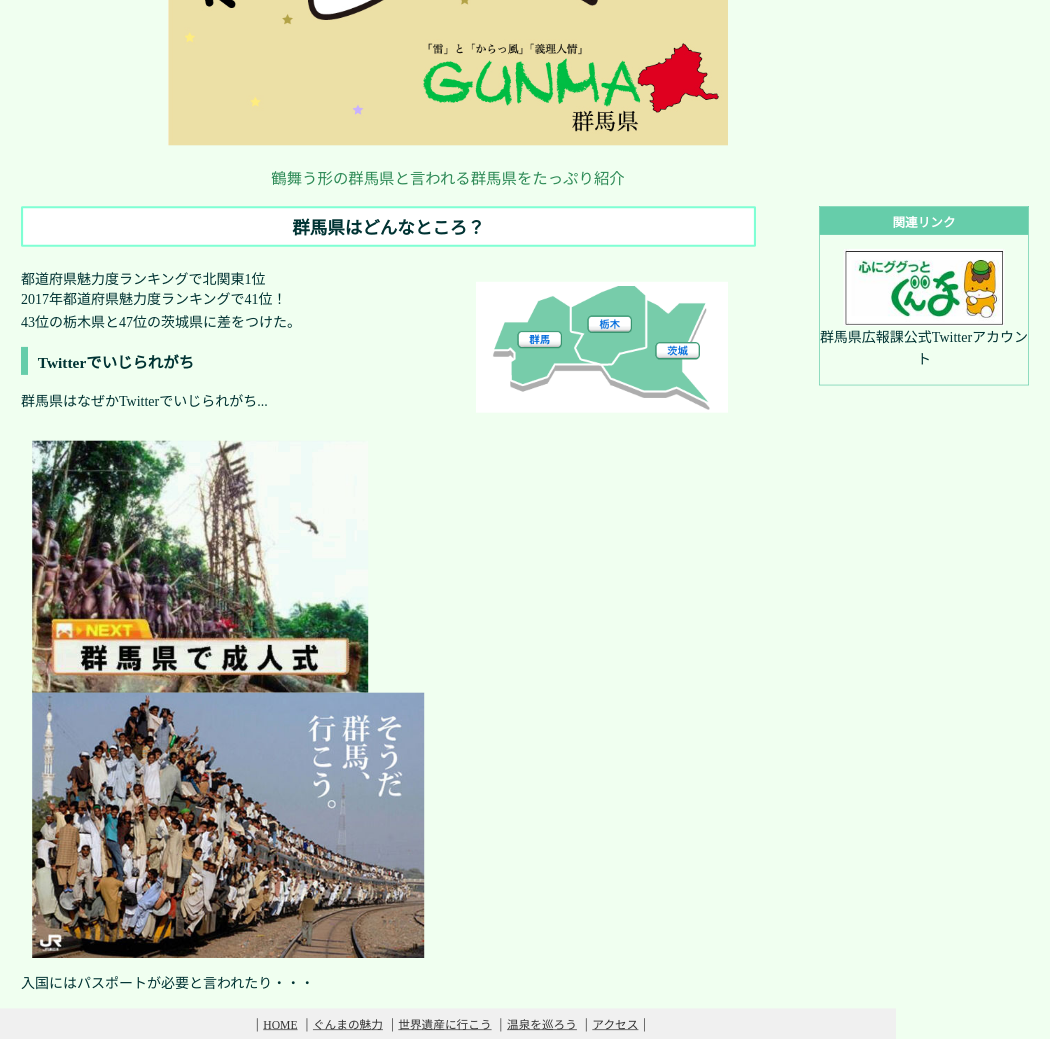
Repository: erinakatagiri/gomi
Page: gunma/Gunma.html
The author's editor kept a record of every edit. The page is drawn from the files as they stood at one moment, then again after the next edit.
The browser window is 1280 px wide. The page is 1500 px wide, so the pictures cover 1500 px, including what lies to the right of the window. The pictures show the part of the page from y = 602 to 2242 px (the page is 2086 px tall before and 2242 px after), at 70% of full size.

Above is the page before.

After the next edit:
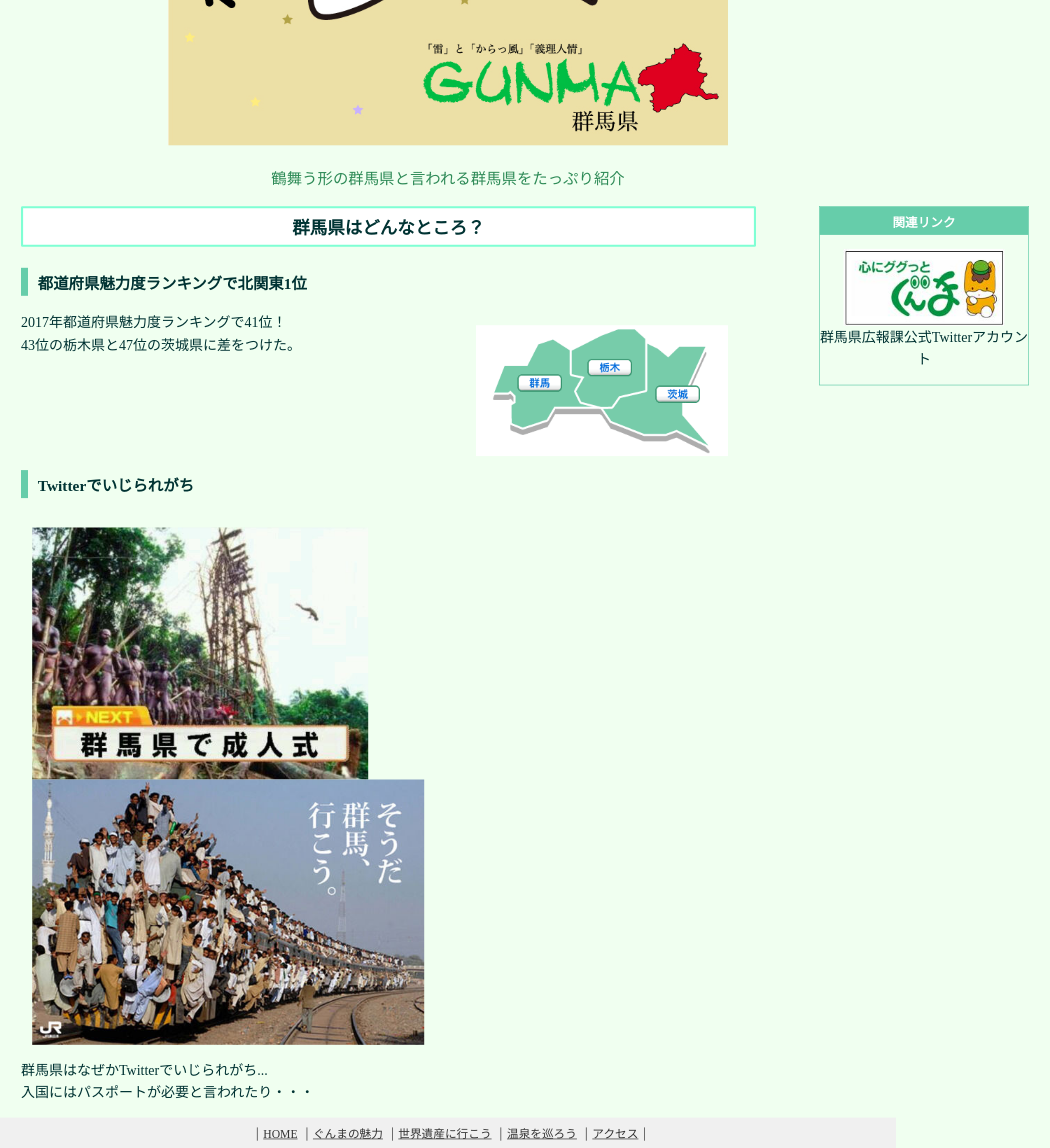
The edit:
--- a/gunma/Gunma.html
+++ b/gunma/Gunma.html
@@ -29,7 +29,7 @@
             <div id="main">
                 <section id="point">
                     <h2>群馬県はどんなところ？</h2>
-                    <section
+                    <section class="clearfix">
                         <h3>都道府県魅力度ランキングで北関東1位</h3>
                         <figure>
                             <img src="images_gunma/kkanto.gif" alt="北関東">
